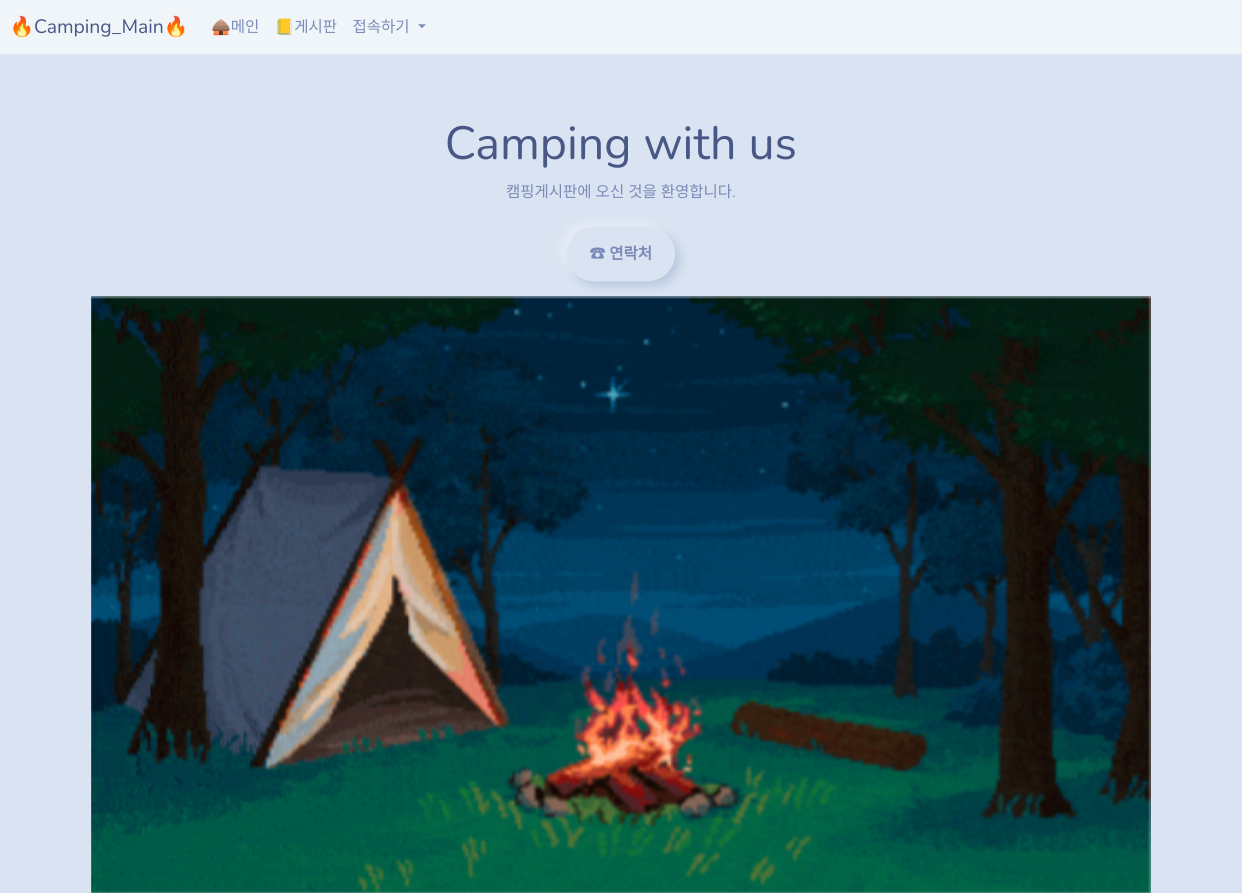
Repository: LeeJaeweon/Camping_Weak_v1.0
Page: http://localhost/SSS/main.jsp
The author's editor kept a copy of each file at every save. The page is drawn from the files as they stood at one save, then again after the next save.
The browser window is 1280 px wide. The pictures show the whole page, at 97% of full size.
Some web libraries are served in a nearby version. The page is served by Tomcat 9. Other server files are loaded and not shown.

Above is the page before, as saved 2023-11-19 07:24:37.

### JSP/SSS/src/main/webapp/main.jsp
<%@ page language="java" contentType="text/html; charset=UTF-8" pageEncoding="UTF-8"%>
<%@ page import="java.io.PrintWriter" %>
<!DOCTYPE html>
<html>
<head>
    <meta http-equiv="Content-Type" content="text/html; charset=UTF-8">
    <meta name="viewport" content="width=device-width, initial-scale=1">
    <link rel="stylesheet" href="css/bootstrap.css">
    <title>🔥Camping🔥</title>

    <!-- 팝업 창 띄우기 함수 -->
    <script>
        function openPopup(url, width, height) {
            var popup = window.open(url, "_blank", "width=" + width + ",height=" + height);
            popup.focus();
        }

        function submitFormToXML() {
            var name = document.getElementById('name').value;
            var email = document.getElementById('email').value;
            var message = document.getElementById('message').value;

            // Create XML string
            var xmlString = '<inquiry><name>' + name + '</name><email>' + email + '</email><message>' + message + '</message></inquiry>';

            // TODO: Send this XML to the server-side for further processing
            console.log("Generated XML: ", xmlString);
        }
    </script>
</head>

<body>
    <%
        String userID = (String) session.getAttribute("userID");
    %>
    <nav class="navbar navbar-expand-lg navbar-light bg-light">
        <a class="navbar-brand" href="main.jsp" style="margin-left: 10px;">🔥Camping_Main🔥</a>
        <button class="navbar-toggler" type="button" data-toggle="collapse" data-target="#navbarNavDropdown" aria-controls="navbarNavDropdown" aria-expanded="false" aria-label="Toggle navigation">
            <span class="navbar-toggler-icon"></span>
        </button>
        <div class="collapse navbar-collapse" id="navbarNavDropdown">
            <ul class="navbar-nav">
                <li class="nav-item active">
                    <a class="nav-link" href="main.jsp">🛖메인</a>
                </li>
                <li class="nav-item">
                    <a class="nav-link" href="bbs.jsp">📒게시판</a>
                </li>
                <%
                    if (userID == null) {
                %>
                <li class="nav-item dropdown">
                    <a class="nav-link dropdown-toggle" href="#" id="navbarDropdownMenuLink" role="button" data-toggle="dropdown" aria-expanded="false">
                        접속하기
                    </a>
                    <ul class="dropdown-menu" aria-labelledby="navbarDropdownMenuLink">
                        <li><a class="dropdown-item" href="login.jsp">로그인</a></li>
                        <li><a class="dropdown-item" href="join.jsp">회원가입</a></li>
                    </ul>
                </li>
                <%
                } else {
                %>
                <li class="nav-item dropdown">
                    <a class="nav-link dropdown-toggle" href="#" id="navbarDropdownMenuLink" role="button" data-toggle="dropdown" aria-expanded="false">
                        ⚙️회원관리
                    </a>
                    <ul class="dropdown-menu" aria-labelledby="navbarDropdownMenuLink">
                        <a href="#" class="dropdown-item" onclick="openPopup('finduser.jsp', 600, 800); return false;">🏕️유저찾기</a>
                        <a href="#" class="dropdown-item" onclick="openPopup('pingTest2.jsp', 600, 400); return false;">📡인터넷 테스트</a>
                        <li><a class="dropdown-item" href="logoutAction.jsp">🤚로그아웃</a></li>
                    </ul>
                </li>
                <%
                    }
                %>
            </ul>
        </div>
    </nav>

<!-- 메인 페이지 영역 시작 -->
<div class="container mt-5">
    <div class="jumbotron border rounded p-3">
        <div class="container text-center">
            <h1 style="font-size: 48px;">Camping with us</h1>
            <p>캠핑게시판에 오신 것을 환영합니다.</p>
            <div class="mt-4">
                <a href="DownloadServlet.jsp?file=myfile.txt" class="btn btn-primary mr-2">☎ 연락처</a>
                <!-- <button type="button" class="btn btn-primary" data-toggle="modal" data-target="#contactAdminModal">
                    관리자에게 문의하기
                </button> -->
            </div>
        </div>
    </div>
</div>

                <!-- 모달 팝업 창 -->
                <div class="modal fade" id="contactAdminModal" tabindex="-1" role="dialog" aria-labelledby="contactAdminModalLabel" aria-hidden="true">
                    <div class="modal-dialog" role="document">
                        <div class="modal-content">
                            <div class="modal-header">
                                <h5 class="modal-title" id="contactAdminModalLabel">관리자에게 문의하기</h5>

                                <button type="button" class="close" data-dismiss="modal" aria-label="Close">
                                    <span aria-hidden="true">&times;</span>
                                </button>
                            </div>
                            <div class="modal-body">
                                <!-- 관리자에게 문의하기 양식을 추가할 수 있습니다. -->
                                <form>
                                    <div class="form-group">
                                        <label for="message">문의 내용</label>
                                        <textarea class="form-control" id="message" rows="4"></textarea>
                                    </div>
                                </form>
                            </div>
                            <div class="modal-footer">
                                <button type="button" class="btn btn-secondary" data-dismiss="modal">닫기</button>
                                <button type="button" class="btn btn-primary" onclick="submitFormToXML()">문의 보내기</button>
                            </div>
                        </div>
                    </div>
                </div>
            </div>
        </div>
    </div>

    <!-- 메인페이지 사진 삽입 영역 -->
    <div class="container">
        <div class="row justify-content-center">
            <div class="row justify-content-center">
                <div id="myCarousel" class="carousel slide" data-ride="carousel">
                    <ol class="carousel-indicators">
                        <!-- <li data-target="#myCarousel" data-slide-to="1" class="active"></li>
                        <li data-target="#myCarousel" data-slide-to="2"></li>
                        <li data-target="#myCarousel" data-slide-to="3"></li> -->
                    </ol>
                    <div class="carousel-inner">
                        <div class="carousel-item active">
                            <div class="text-center">
                                <img src="images/1.gif" class="img-fluid" alt="Camping Image" style="width: 100%; height: auto;">
                            </div>
                        </div>
                    </div>
                </div>
            </div>
        </div>
    </div>

    <script src="http://code.jquery.com/jquery-3.1.1.min.js"></script>
    <script src="https://stackpath.bootstrapcdn.com/bootstrap/5.0.0-alpha1/js/bootstrap.min.js"></script>
</body>
</html>

Loaded but not shown: JSP/SSS/src/main/webapp/css/bootstrap.css (library)

After the next save:
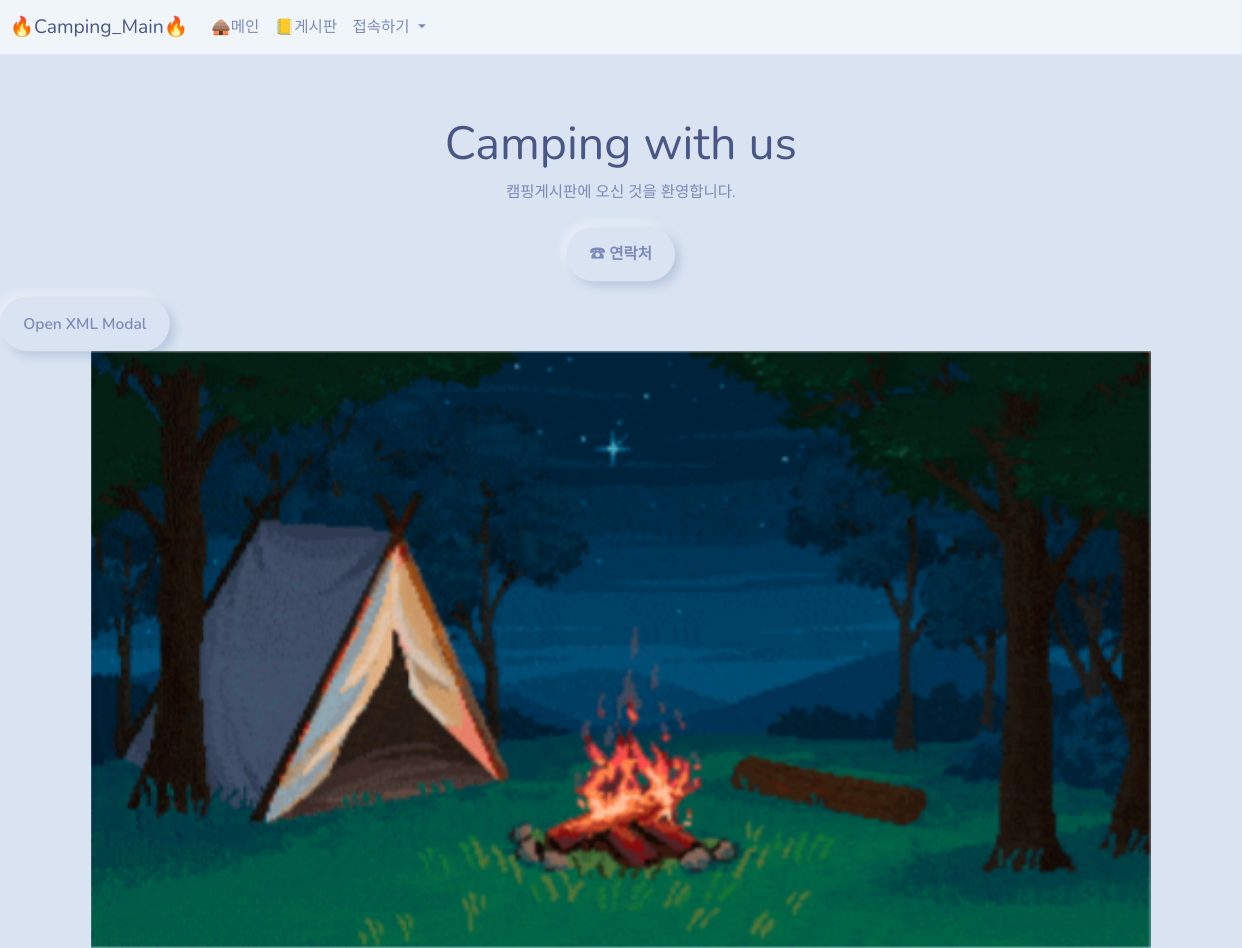
Saved 11 min 0 s later.
--- a/JSP/SSS/src/main/webapp/main.jsp
+++ b/JSP/SSS/src/main/webapp/main.jsp
@@ -94,36 +94,37 @@
     </div>
 </div>
 
-                <!-- 모달 팝업 창 -->
-                <div class="modal fade" id="contactAdminModal" tabindex="-1" role="dialog" aria-labelledby="contactAdminModalLabel" aria-hidden="true">
-                    <div class="modal-dialog" role="document">
-                        <div class="modal-content">
-                            <div class="modal-header">
-                                <h5 class="modal-title" id="contactAdminModalLabel">관리자에게 문의하기</h5>
+<!-- 모달 팝업 창 트리거 버튼 -->
+<button type="button" class="btn btn-primary" data-toggle="modal" data-target="#xmlModal">
+    Open XML Modal
+</button>
 
-                                <button type="button" class="close" data-dismiss="modal" aria-label="Close">
-                                    <span aria-hidden="true">&times;</span>
-                                </button>
-                            </div>
-                            <div class="modal-body">
-                                <!-- 관리자에게 문의하기 양식을 추가할 수 있습니다. -->
-                                <form>
-                                    <div class="form-group">
-                                        <label for="message">문의 내용</label>
-                                        <textarea class="form-control" id="message" rows="4"></textarea>
-                                    </div>
-                                </form>
-                            </div>
-                            <div class="modal-footer">
-                                <button type="button" class="btn btn-secondary" data-dismiss="modal">닫기</button>
-                                <button type="button" class="btn btn-primary" onclick="submitFormToXML()">문의 보내기</button>
-                            </div>
-                        </div>
+<!-- 모달 팝업 창 -->
+<div class="modal fade" id="xmlModal" tabindex="-1" role="dialog" aria-labelledby="xmlModalLabel" aria-hidden="true">
+    <div class="modal-dialog" role="document">
+        <div class="modal-content">
+            <div class="modal-header">
+                <h5 class="modal-title" id="xmlModalLabel">XXE Vulnerability Test</h5>
+                <button type="button" class="close" data-dismiss="modal" aria-label="Close">
+                    <span aria-hidden="true">&times;</span>
+                </button>
+            </div>
+            <div class="modal-body">
+                <form method="post">
+                    <div class="form-group">
+                        <label for="xmlData">XML Data:</label>
+                        <textarea name="xmlData" id="xmlData" class="form-control" rows="10" cols="30"></textarea>
                     </div>
-                </div>
+                    <button type="submit" class="btn btn-primary">Submit XML Data</button>
+                </form>
+            </div>
+            <div class="modal-footer">
+                <button type="button" class="btn btn-secondary" data-dismiss="modal">Close</button>
             </div>
         </div>
     </div>
+</div>
+
 
     <!-- 메인페이지 사진 삽입 영역 -->
     <div class="container">
